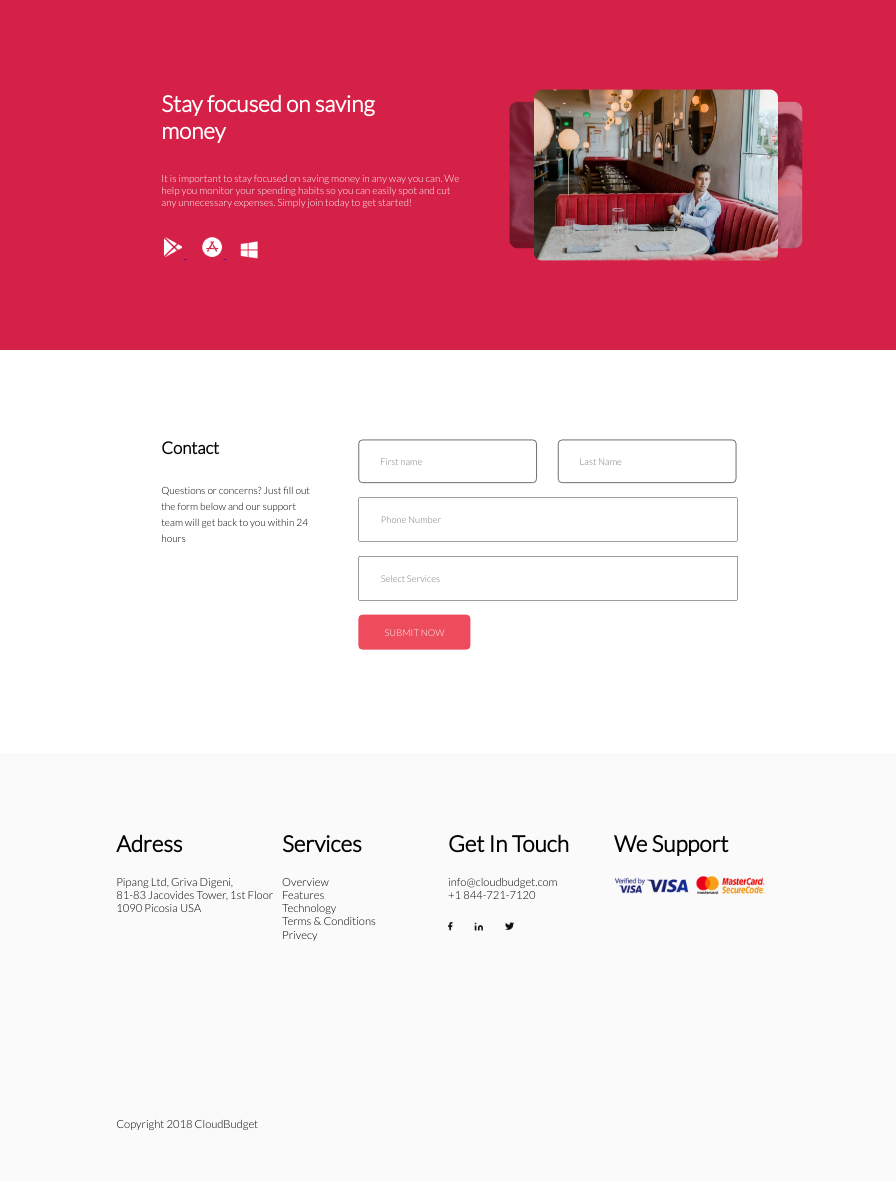
Repository: batonAnton/Cursor_lecture4
Page: index.html
These files come from the project's save history. The page is drawn as it stood at one moment and after the next save; the edit follows.
The browser window is 1280 px wide. The pictures show the whole page, at 70% of full size.

Above is the page before, as saved 2022-06-09 15:41:29.

After the next save:
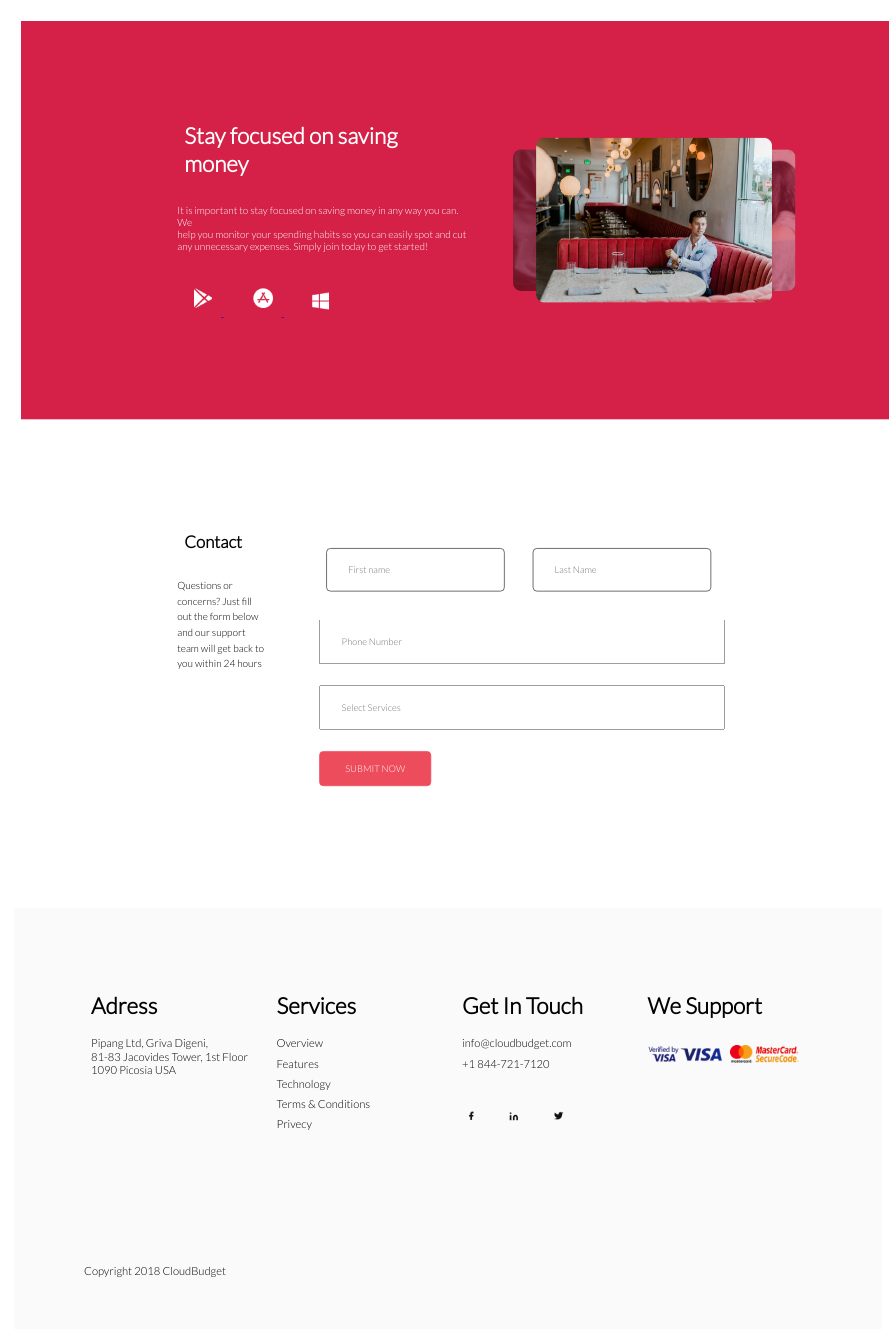
Saved 6 min 20 s later.
--- a/css/style.css
+++ b/css/style.css
@@ -1,7 +1,7 @@
 * {
   font-family: "Lato", sans-serif;
   font-weight: 400;
-  margin: 0;
+  margin: 10px;
   padding: 0;
   box-sizing: border-box;
 }
@@ -106,7 +106,7 @@ footer {
 
 .all-block {
   display: inline-flex;
-  padding: 85px 166px 166px 166px;
+  padding: 85px 90px 75px 90px;
   margin: 0 auto;
   width: 100%;
 }
@@ -145,5 +145,5 @@ footer h1 {
 }
 
 .copyright{
-  padding: 85px 166px 75px 166px;
+  padding: 85px 90px 75px 90px;
 }
